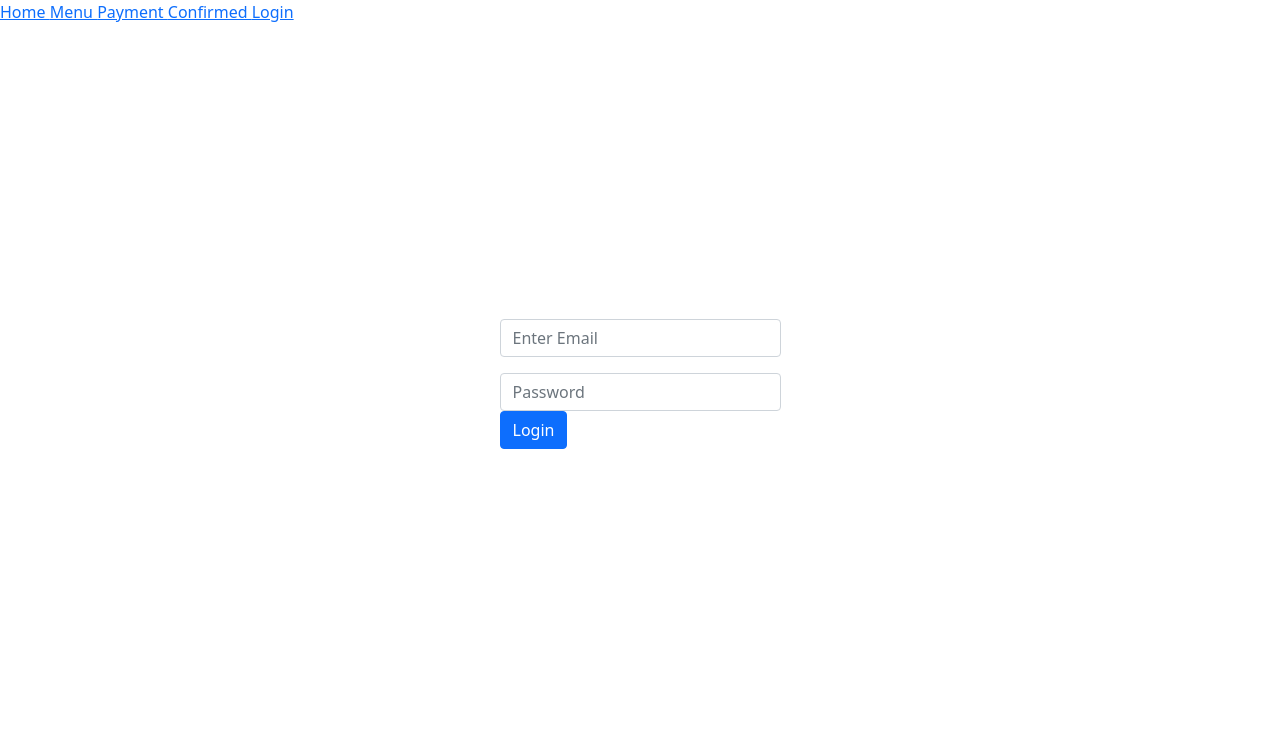
Repository: JoshuaN18/restaurantPOS
Page: /login (app in Frontend/)
The author's editor kept a copy of each file at every save. The page is drawn from the files as they stood at one save, then again after the next save.
The browser window is 1280 px wide. The pictures show the whole page.
The project was rebuilt for these pictures with package versions that can differ from the ones it lists, and the page was loaded fresh each time. Also part of the build but not shown: Frontend/src/pages/Homepage.css, Frontend/src/pages/Homepage.js, Frontend/src/pages/Menu.js, Frontend/src/pages/Payment.js, Frontend/src/pages/Confirmation.js.

Above is the page before, as saved 2022-07-30 16:21:41.

### Frontend/public/index.html
<!DOCTYPE html>
<html lang="en">
  <head>
    <meta charset="utf-8" />
    <link rel="icon" href="%PUBLIC_URL%/favicon.ico" />
    <meta name="viewport" content="width=device-width, initial-scale=1" />
    <meta name="theme-color" content="#000000" />
    <meta
      name="description"
      content="Web site created using create-react-app"
    />
    <link rel="apple-touch-icon" href="%PUBLIC_URL%/logo192.png" />
    <!--
      manifest.json provides metadata used when your web app is installed on a
      user's mobile device or desktop. See https://developers.google.com/web/fundamentals/web-app-manifest/
    -->
    <link rel="manifest" href="%PUBLIC_URL%/manifest.json" />
    <!--
      Notice the use of %PUBLIC_URL% in the tags above.
      It will be replaced with the URL of the `public` folder during the build.
      Only files inside the `public` folder can be referenced from the HTML.

      Unlike "/favicon.ico" or "favicon.ico", "%PUBLIC_URL%/favicon.ico" will
      work correctly both with client-side routing and a non-root public URL.
      Learn how to configure a non-root public URL by running `npm run build`.
    -->
    <title>React App</title>
  </head>
  <body>
    <noscript>You need to enable JavaScript to run this app.</noscript>
    <div id="root"></div>
    <link href="https://cdn.jsdelivr.net/npm/bootstrap@5.1.3/dist/css/bootstrap.min.css" rel="stylesheet" integrity="sha384-1BmE4kWBq78iYhFldvKuhfTAU6auU8tT94WrHftjDbrCEXSU1oBoqyl2QvZ6jIW3" crossorigin="anonymous">
    <script src="https://cdn.jsdelivr.net/npm/bootstrap@5.1.3/dist/js/bootstrap.bundle.min.js" integrity="sha384-ka7Sk0Gln4gmtz2MlQnikT1wXgYsOg+OMhuP+IlRH9sENBO0LRn5q+8nbTov4+1p" crossorigin="anonymous"></script>
    <!--
      This HTML file is a template.
      If you open it directly in the browser, you will see an empty page.

      You can add webfonts, meta tags, or analytics to this file.
      The build step will place the bundled scripts into the <body> tag.

      To begin the development, run `npm start` or `yarn start`.
      To create a production bundle, use `npm run build` or `yarn build`.
    -->
  </body>
</html>

### Frontend/src/App.js
import './App.css';
import {BrowserRouter as Router, Routes, Route, Link} from 'react-router-dom';
import Homepage from './pages/Homepage';
import Menu from './pages/Menu';
import Payment from './pages/Payment';
import Confirmation from './pages/Confirmation';
import Login from './pages/Login';

function App() {
  return (
   //nav class is temporary. needed for testing purposes.
   <body className='text-white'>
   <Router>
    <nav>
      <Link to="/">Home </Link>
      <Link to="/menu">Menu </Link>
      <Link to="/payment">Payment </Link>
      <Link to="/confirmed">Confirmed </Link>
      <Link to="/login">Login </Link>
    </nav>
    <Routes>
      <Route path="/"element={<Homepage/>}/>
      <Route path="/menu"element={<Menu/>}/>
      <Route path="/payment"element={<Payment/>}/>
      <Route path="/confirmed"element={<Confirmation/>}/>
      <Route path="/login"element={<Login/>}/>
    </Routes>

   </Router>
  </body>
  );
}

export default App;

### Frontend/src/App.css
body {
  margin:0;
  padding:0;
}

### Frontend/src/pages/Login.js
import React from 'react'
import {Button, Col, Container, Form, Row} from "react-bootstrap"

const Login = () => {
  return (
    // div styling taken from stackoverflow, can adjust later
    <div className="p-3" style={{display: 'flex',  justifyContent:'center', alignItems:'center', height: '100vh'}}>

        <Row>
          <Col lg={12} md={6} sm={12}>
            <Form>
              <Form.Group className="mb-3"controlID="formBasicEmail">
                <Form.Control type="email" placeholder="Enter Email"/>
              </Form.Group>
              <Form.Group controlID="formBasicPassword">
                <Form.Control type="password" placeholder="Password"/>
              </Form.Group>
              <Button variant="primary btn-block" type="submit">Login</Button>
            </Form>
          </Col>
          <Col lg={4} md={6} sm={12}>
          </Col>
        </Row>
    </div>
    // <>
    //    <Container className="mt-5">
        // <Row>
        //   <Col lg={4} md={6} sm={12}>
        //     <Form>
        //       <Form.Group controlID="formBasicEmail">
        //         <Form.Control type="email" placeholder="Enter Email"/>
        //       </Form.Group>
        //       <Form.Group controlID="formBasicPassword">
        //         <Form.Control type="password" placeholder="Password"/>
        //       </Form.Group>

        //       <Button variant="primary btn-block" type="submit">Login</Button>
        //     </Form>
        //   </Col>

        //   <Col lg={4} md={6} sm={12}>
        //   </Col>
        // </Row>
    //   </Container>

    // </>

  )
}

export default Login

Loaded but not shown: Frontend/src/index.js (common file); Frontend/src/index.css (common file)

After the next save:
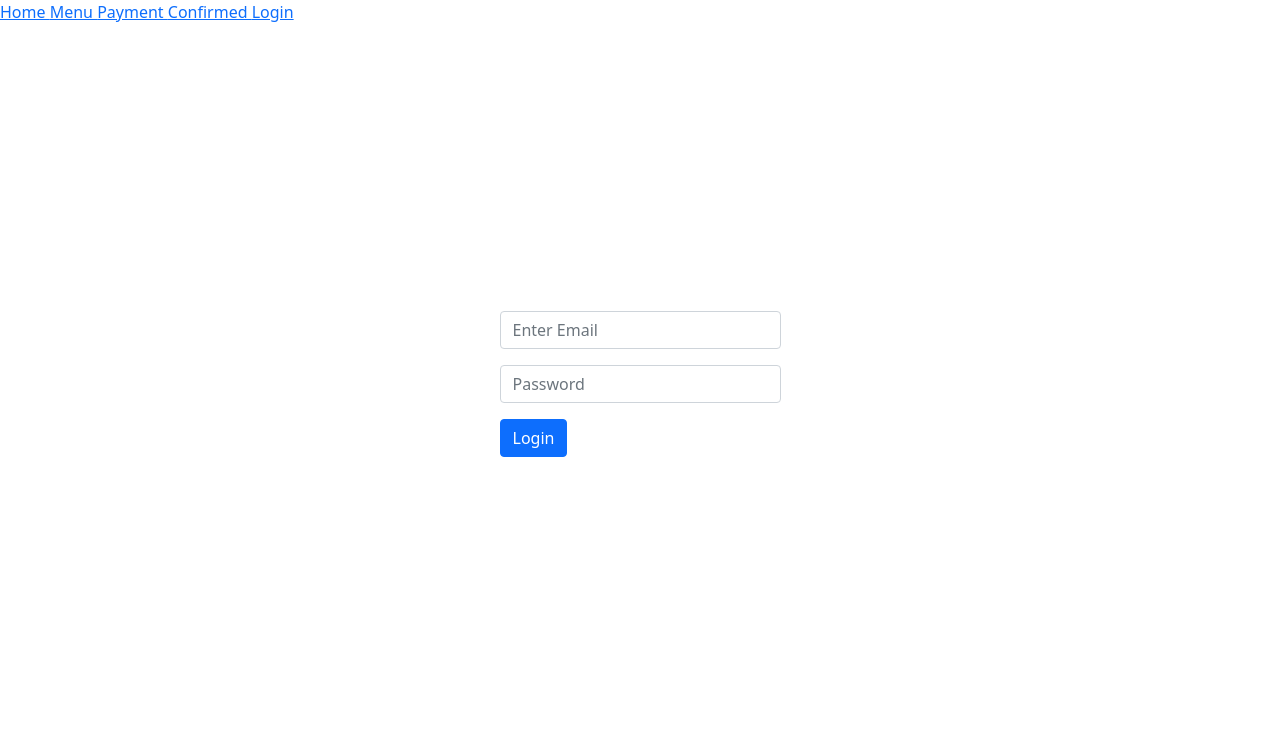
Saved 18 s later.
--- a/Frontend/src/pages/Login.js
+++ b/Frontend/src/pages/Login.js
@@ -12,7 +12,7 @@ const Login = () => {
               <Form.Group className="mb-3"controlID="formBasicEmail">
                 <Form.Control type="email" placeholder="Enter Email"/>
               </Form.Group>
-              <Form.Group controlID="formBasicPassword">
+              <Form.Group className="mb-3" controlID="formBasicPassword">
                 <Form.Control type="password" placeholder="Password"/>
               </Form.Group>
               <Button variant="primary btn-block" type="submit">Login</Button>
